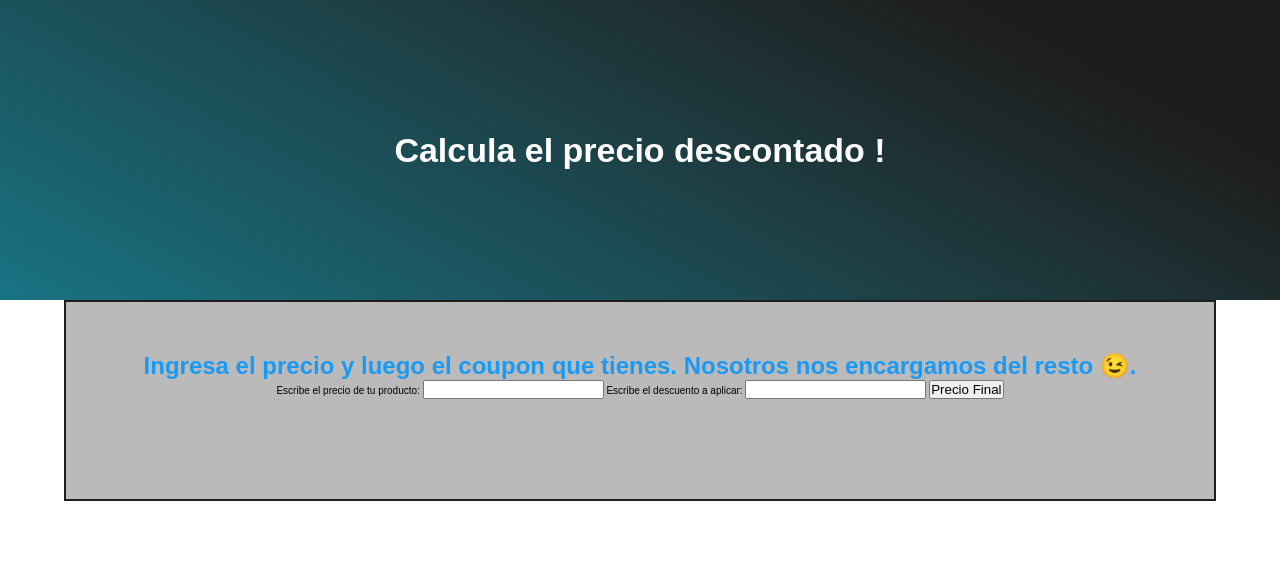
Repository: ChristianGecchelin/javascript-project
Page: javascript-project/descuentos y porcentajes/descuentos.html
An editor plug-in stored every save of this project. The page is shown before and after the next save, followed by the edit.
The browser window is 1280 px wide. The pictures show the whole page.

Above is the page before, as saved 2021-12-05 18:19:37.

### javascript-project/descuentos y porcentajes/descuentos.html
<!DOCTYPE html>
<html lang="es">
  <head>
    <meta charset="UTF-8" />
    <meta http-equiv="X-UA-Compatible" content="IE=edge" />
    <meta name="viewport" content="width=device-width, initial-scale=1.0" />
    <title>Porcentajes y descuentos</title>
    <link rel="stylesheet" href="./style.css" />
  </head>
  <body>
    <header>
      <div class="header--title-container">
        <h1>Calcula el precio descontado !</h1>
      </div>
    </header>
    <main>
      <section class="title-container">
        <h2 class="title">
          Ingresa el precio y luego el coupon que tienes. Nosotros nos
          encargamos del resto 😉.
        </h2>
        <div class="container-form">
          <form action="">
            <label for="inputPrice"> Escribe el precio de tu producto:</label>
            <input type="number" id="inputPrice" />
            <label for="inputCoupon">Escribe el descuento a aplicar:</label>
            <input type="number" id="inputCoupon" />
            <button type="button" onclick="calculateDiscountPrice()">
              Precio Final
            </button>
          </form>
        </div>
        <section class="container-answer">
          <p id="resultFunction"></p>
        </section>
      </section>
    </main>

    <script src="./descuentos.js"></script>
  </body>
</html>

### javascript-project/descuentos y porcentajes/style.css
:root {
  --Dark-lightblue: #197383;
  --soft-orange: #ffe9d5;
  --secondary-blue: #1a9af7;
  --soft-blue: #e7f5ff;
  --warm-black: #201e1c;
  --black: #282623;
  --grey: #bababa;
  --off-white: #faf8f7;
  --just-white: #fff;
}
* {
  box-sizing: border-box;
  margin: 0;
  padding: 0;
}
html {
  font-size: 62.5%;
  font-family: "DM Sans", sans-serif;
}
header {
  position: relative;
  display: flex;
  flex-direction: column;
  justify-content: center;
  width: 100%;
  min-width: 320px;
  height: 300px;
  text-align: center;
  background: linear-gradient(207.8deg, #1f1d1c 16.69%, #197383 100%);
}
header .header--title-container {
  display: flex;
  justify-content: center;
  align-self: center;
  width: 90%;
  min-width: 288px;
  max-width: 900px;
  height: 200px;
  text-align: center;
}
header .header--title-container h1 {
  margin: auto;
  font-size: 3.4rem;
  font-weight: 700;
  line-height: 3.6rem;
  color: var(--just-white);
}
.title-container {
  width: 90%;
  height: auto;
  margin: 0 auto;
  padding-top: 50px;
  padding-bottom: 100px;
  text-align: center;
  background-color: #bababa;
  border: 2px solid var(--warm-black);
}
.title-container .title {
  font-size: 2.4rem;
  font-weight: 700;
  color: #1a9af7;
}

### javascript-project/descuentos y porcentajes/descuentos.js
// Voy a relacionar los descuentos a cupones que el cliente puede aplicar para bajar el precio del producto
// 1° creo un array de objetos. propiedad: valor,
const coupons = [
  {
    name: "nuevo-socio",
    discount: 30,
  },
  { name: "primera-compra", discount: 15 },
  { name: "navidad", discount: 10 },
  {
    name: "cumpleaños",
    discount: 5,
  },
];
function calculoPrecioConDescuento(precio, descuento) {
  // Calculo el porcentaje final que PAGARA el cliente
  const porcentajePrecioConDescuento = 100 - descuento;
  const precioConDescuento = (precio * porcentajePrecioConDescuento) / 100;
  return precioConDescuento;
}
//Esta funcion es la que llamaremos cuando tocamos el boton
//tomamos los valores puestos en los input
function calculateDiscountPrice() {
  const inputPrice = document.getElementById("inputPrice");
  const priceValue = inputPrice.value;
  const inputCoupon = document.getElementById("inputCoupon");
  const couponValue = inputCoupon.value;
  // Esta funcion validara si coupon name es igual a coupon value, solo se ejecuta cuando la llamo

  const isCouponValueValid = function (coupon) {
    return coupon.name === coupon.value;
  };
  //recorreremos el array de cupones para ver si lo introducido en el input corresponde a un cupon valido mediante la funcion anterior y lo almacenamos en una constante
  const userCoupon = coupons.find(isCouponValueValid);
  //si no corresponde nos da un alert. Pero si es valido, la propiedad discount se la asigno a descuento y ejecuto las funciones para calcular
  //finalmente lo traslado al html
  if (!userCoupon) {
    alert(`El cupón ${couponValue} no es válido`);
  } else {
    const descuento = userCoupon.discount;
    const precioConDescuento = calculoPrecioConDescuento(priceValue, descuento);
    const resultP = document.getElementById("ResultP");
    resultP.innerText = `El precio con descuento es: ${precioConDescuento}`;
  }
}

After the next save:
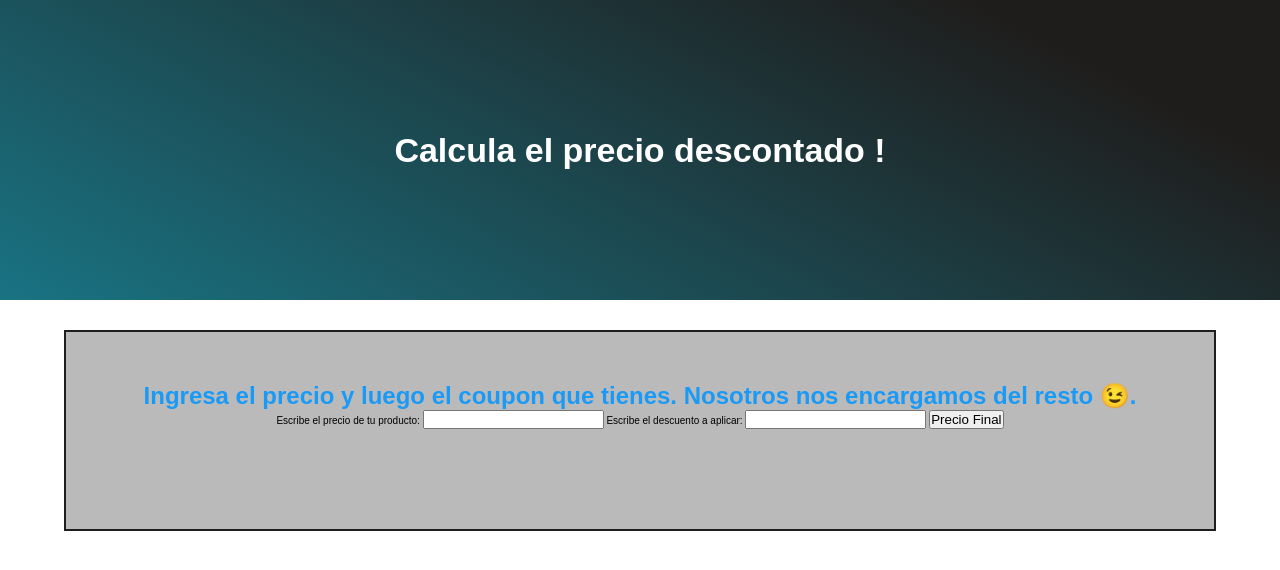
Saved 15 s later.
--- a/javascript-project/descuentos y porcentajes/style.css
+++ b/javascript-project/descuentos y porcentajes/style.css
@@ -50,6 +50,7 @@ header .header--title-container h1 {
   width: 90%;
   height: auto;
   margin: 0 auto;
+  margin-top: 30px;
   padding-top: 50px;
   padding-bottom: 100px;
   text-align: center;
